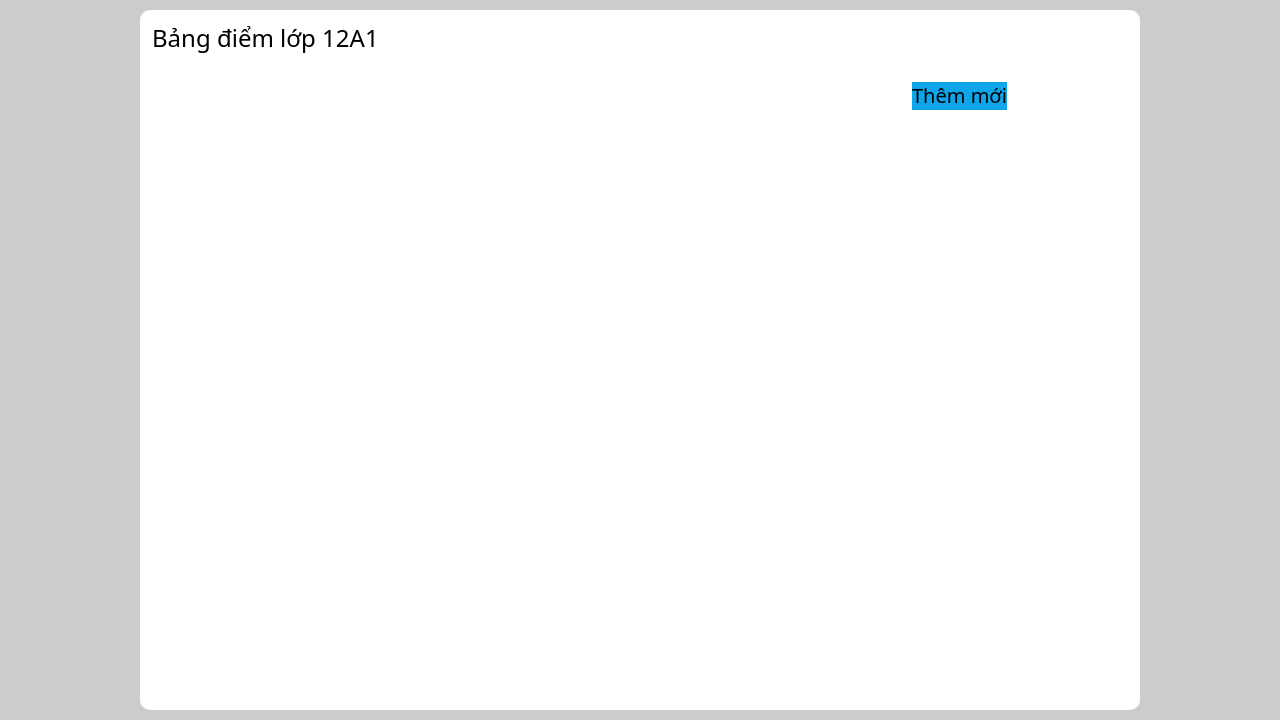
Repository: doducthuan/ReactJS-Movie
Page: /
An editor plug-in stored every save of this project. The page is shown before and after the next save, followed by the edit.
The browser window is 1280 px wide. The pictures show the whole page.
The project was rebuilt for these pictures with package versions that can differ from the ones it lists, and the page was loaded fresh each time. Also part of the build but not shown: src/App.css.

Above is the page before, as saved 2024-01-13 05:52:06.

After the next save:
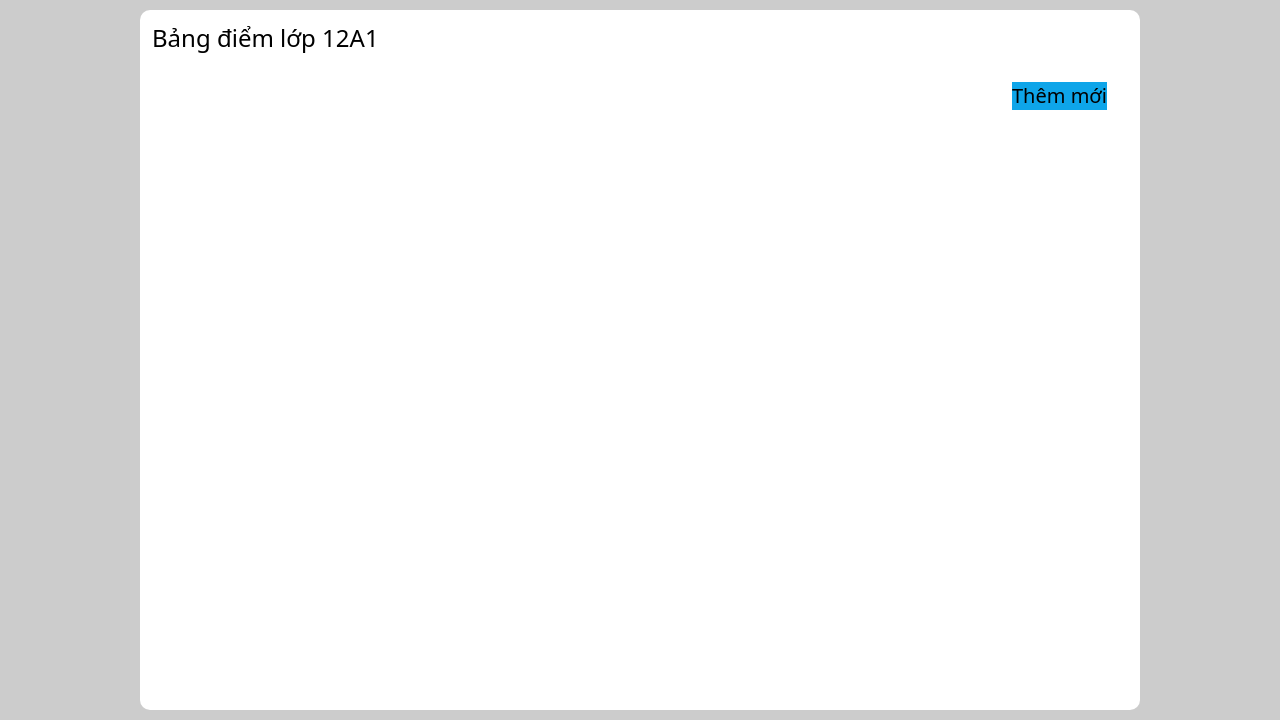
Saved 5 s later.
--- a/src/components/students/styles.css
+++ b/src/components/students/styles.css
@@ -12,5 +12,5 @@
     border-radius: 10px;
 }
 .search-add{
-    gap: 500px;
+    gap: 600px;
 }
